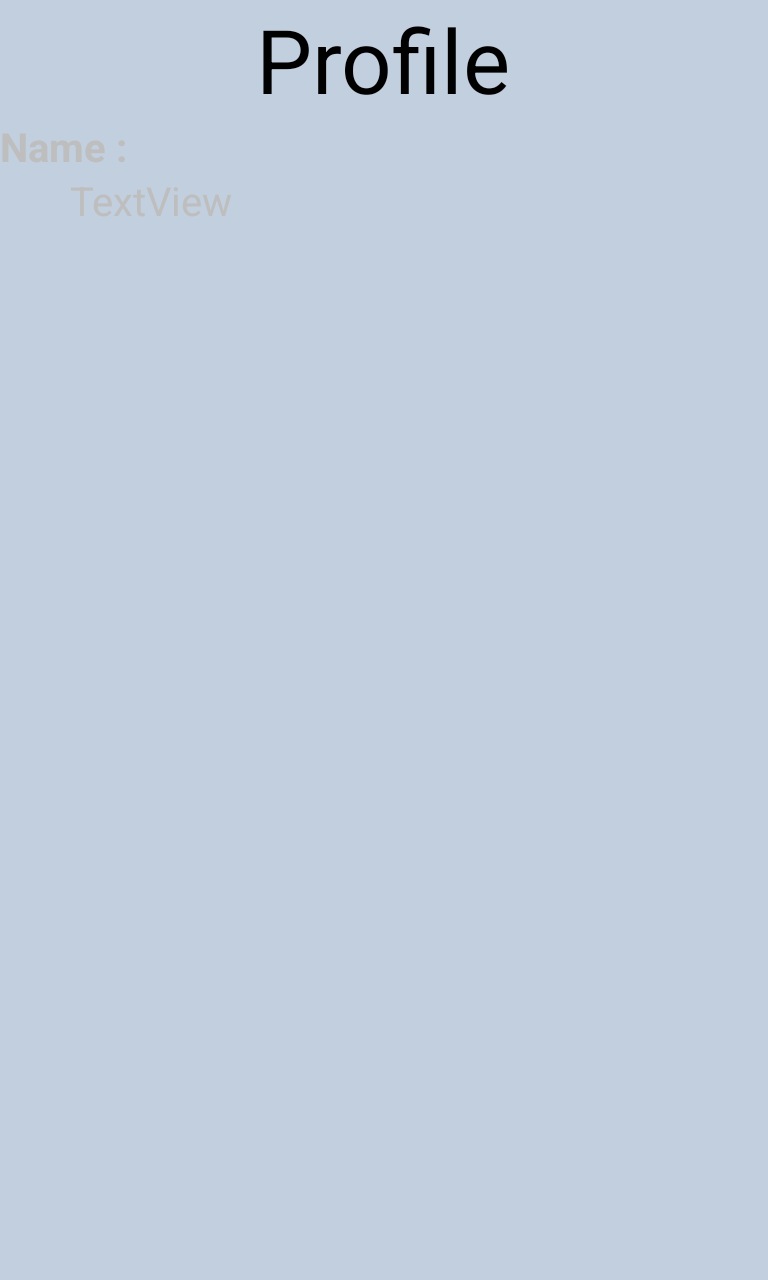
Repository: parinya1968/My-project
Layout: DroidWork/getBig/res/layout/viewprofiles.xml
The author's editor kept a copy of each file at every save. The layout is drawn from the files as they stood at one save, then again after the next save.
It is drawn on a 768 x 1280 px phone screen (xhdpi) without system bars, with theme android:Theme.NoTitleBar.Fullscreen; the app's code is not run.

Above is the layout before, as saved 2012-06-21 03:36:05.

### DroidWork/getBig/res/layout/viewprofiles.xml
<?xml version="1.0" encoding="utf-8"?>
<LinearLayout xmlns:android="http://schemas.android.com/apk/res/android"
    android:layout_width="fill_parent"
    android:layout_height="fill_parent"
    android:orientation="vertical"
    android:background="#C2CFDF" >


    <TextView
        android:id="@+id/textView1"
        android:layout_width="wrap_content"
        android:layout_height="wrap_content"
        android:layout_gravity="center"
        android:text="Profile"
        android:textColor="#000000"
        android:textSize="20pt" />
	<TextView
            android:id="@+id/textView1"
            android:layout_width="wrap_content"
            android:layout_height="wrap_content"
            android:text="Name :"
            android:textSize="20dp"
            android:textStyle="bold" />

    <TextView
            android:id="@+id/txtName"
            android:layout_width="wrap_content"
            android:layout_height="wrap_content"
            android:layout_marginLeft="35dp"
            android:text="TextView"
            android:textSize="20dp" />
</LinearLayout>

After the next save:
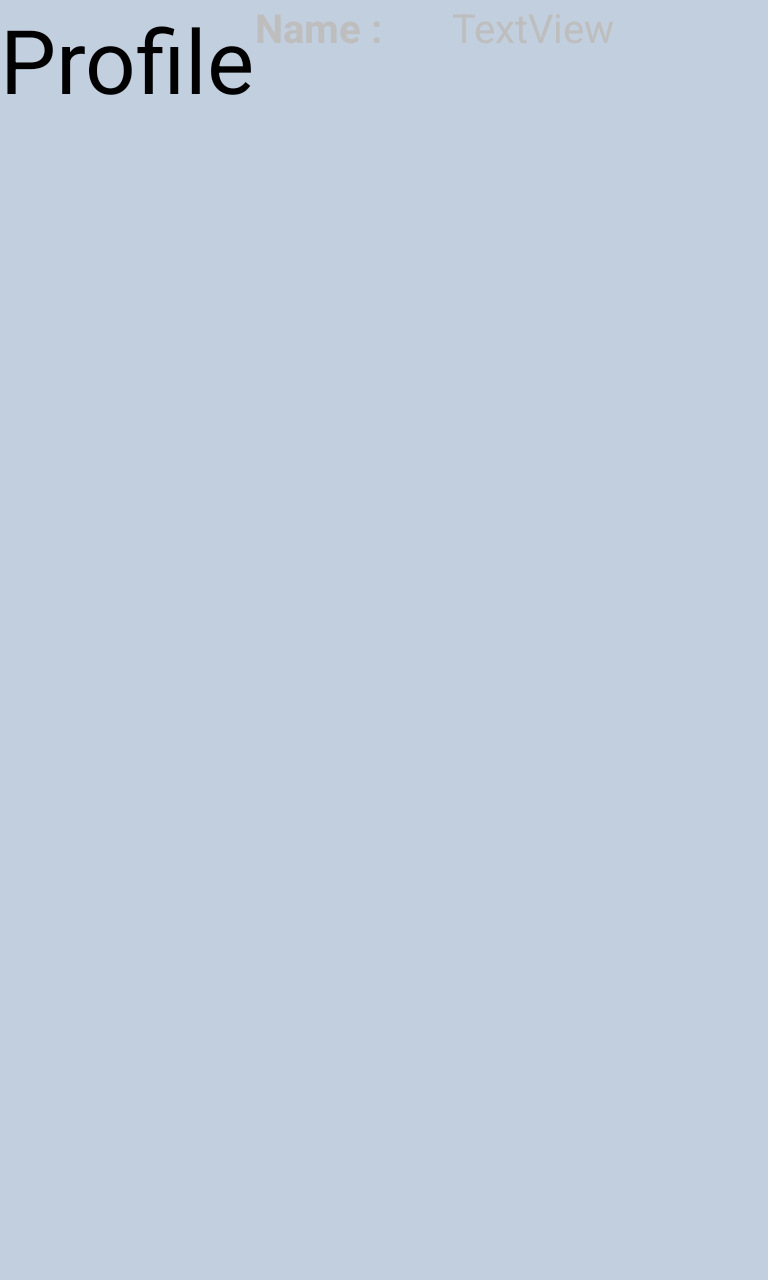
Saved 55 s later.
--- a/DroidWork/getBig/res/layout/viewprofiles.xml
+++ b/DroidWork/getBig/res/layout/viewprofiles.xml
@@ -5,6 +5,9 @@
     android:orientation="vertical"
     android:background="#C2CFDF" >
 
+    <LinearLayout
+        android:layout_width="match_parent"
+        android:layout_height="wrap_content" >
 
     <TextView
         android:id="@+id/textView1"
